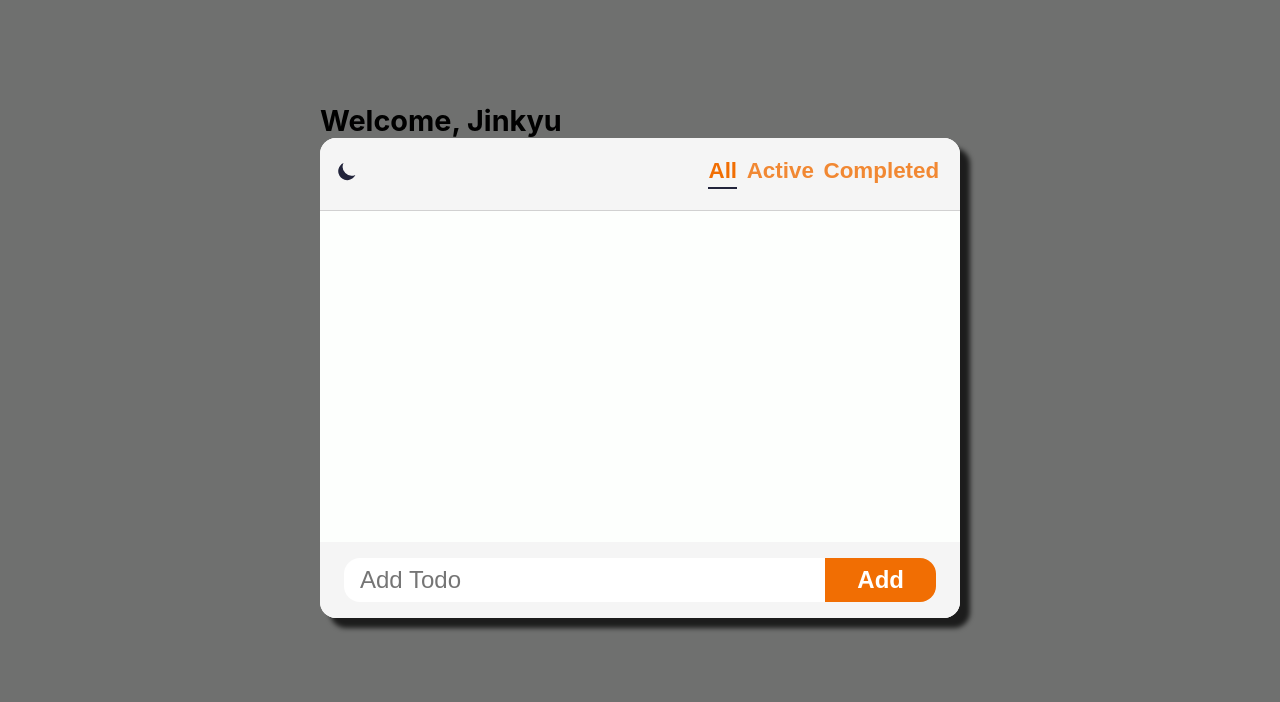
Repository: MrJinkyu/TodoList
Page: /
An editor plug-in stored every save of this project. The page is shown before and after the next save, followed by the edit.
The browser window is 1280 px wide. The pictures show the whole page.
The project was rebuilt for these pictures with package versions that can differ from the ones it lists, and the page was loaded fresh each time. Also part of the build but not shown: src/components/Todo.module.css, src/components/Todo.jsx, src/components/Greeting.module.css.

Above is the page before, as saved 2023-05-01 16:06:26.

After the next save:
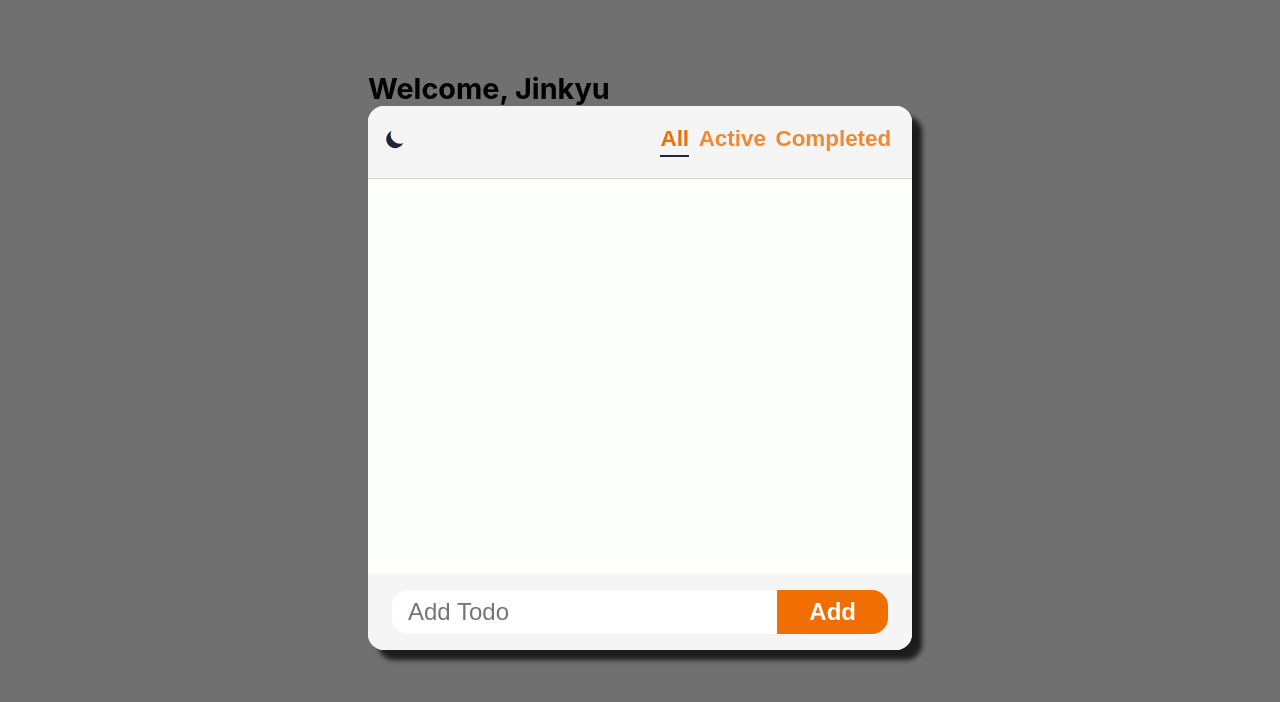
Saved 7 s later.
--- a/src/App.css
+++ b/src/App.css
@@ -2,8 +2,8 @@
     overflow: hidden;
     display: flex;
     flex-direction: column;
-    width: 40rem;
-    height: 30rem;
+    width: 34rem;
+    height: 34rem;
     background-color: var(--color-bg);
     border-radius: 1rem;
     box-shadow: 10px 10px 5px 0px rgba(0,0,0,0.75);
